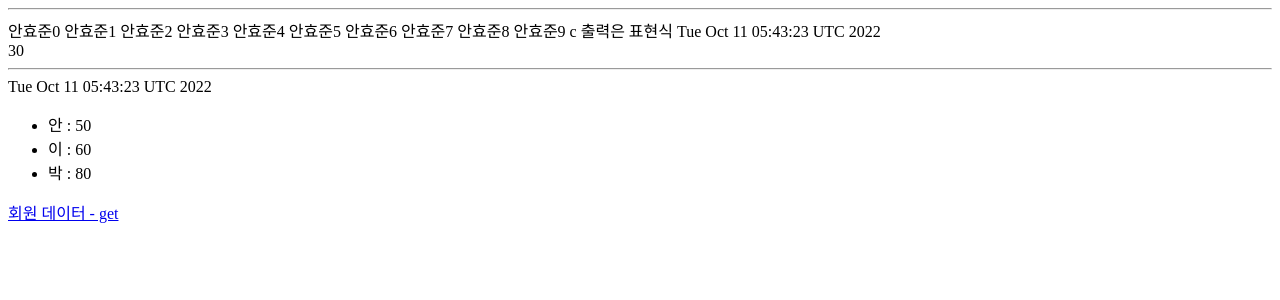
Repository: HyoJun-A/jsp
Page: http://localhost/practice01/
An editor plug-in stored every save of this project. The page is shown before and after the next save, followed by the edit.
The browser window is 1280 px wide. The pictures show the whole page.
The page is served by Tomcat 9.

Above is the page before, as saved 2022-10-11 06:45:32.

### practice01/WebContent/index.jsp
<%@ page language="java" contentType="text/html; charset=UTF-8"
    pageEncoding="UTF-8"%>
<!-- 페이지 디렉티브 : @ page(내용) -->
<%@ page import="java.util.Date" %>
<!DOCTYPE html>
<html>
<head>
<meta charset="UTF-8">
<title>웹문서 테스트</title>
</head>
<body>
<%!
	//선언문 - 객체, 변수, 메소드 선언시
	//선언만 가능, 연산시 오류
	int[] score = {50, 60, 80};
	String[] names = {"안", "이", "박"};
	int a = 20;
	int b = 30;
	Date now = new Date();
%>
<hr>
<%
	//처리구문 -> 스크립트릿(scriptlet) : 자바코드
	//선언, 연산 가능
	int c;
	String name = "안효준";
	if(a>b){
		c = a;
	} else{
		c = b;
	}
	for(int d=0; d<10; d++){
		out.println(name+d);
	}
	out.println("c 출력은 표현식");
	out.println(now);
%>
<div id="result">
	<%=c %>
	<hr>
	<%=now %>
	<ul>
		<!-- for문을 따로 나눠서 사용하여 중간 값에 태그를 사용할 수 있다. -->
		<%
			for(int i=0; i<score.length; i++){
		%>
		<li><%=names[i] %> : <%=score[i] %></li>
		<%
			}
		%>
	</ul>
	<!-- get방식 -->
	<a href="test01.jsp?id=ahj&pw=1234&name=안효준">회원 데이터 - get</a>
	<form action="test02.jsp" name="login_from">

	</form>
	<div id="msg">
		<%
			String msg = request.getParameter("msg");
		%>
	</div>
</div>

</body>
</html>

After the next save:
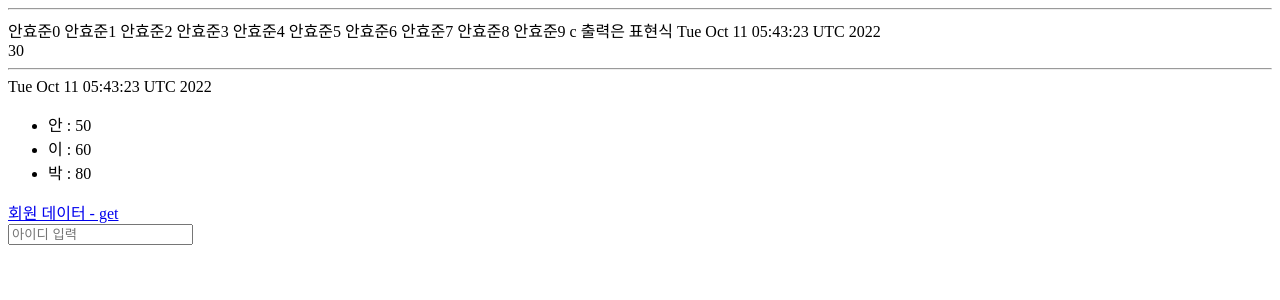
Saved 37 s later.
--- a/practice01/WebContent/index.jsp
+++ b/practice01/WebContent/index.jsp
@@ -52,7 +52,7 @@
 	<!-- get방식 -->
 	<a href="test01.jsp?id=ahj&pw=1234&name=안효준">회원 데이터 - get</a>
 	<form action="test02.jsp" name="login_from">
-
+		<input name="id" id="id" placeholder="아이디 입력"><br>
 	</form>
 	<div id="msg">
 		<%
